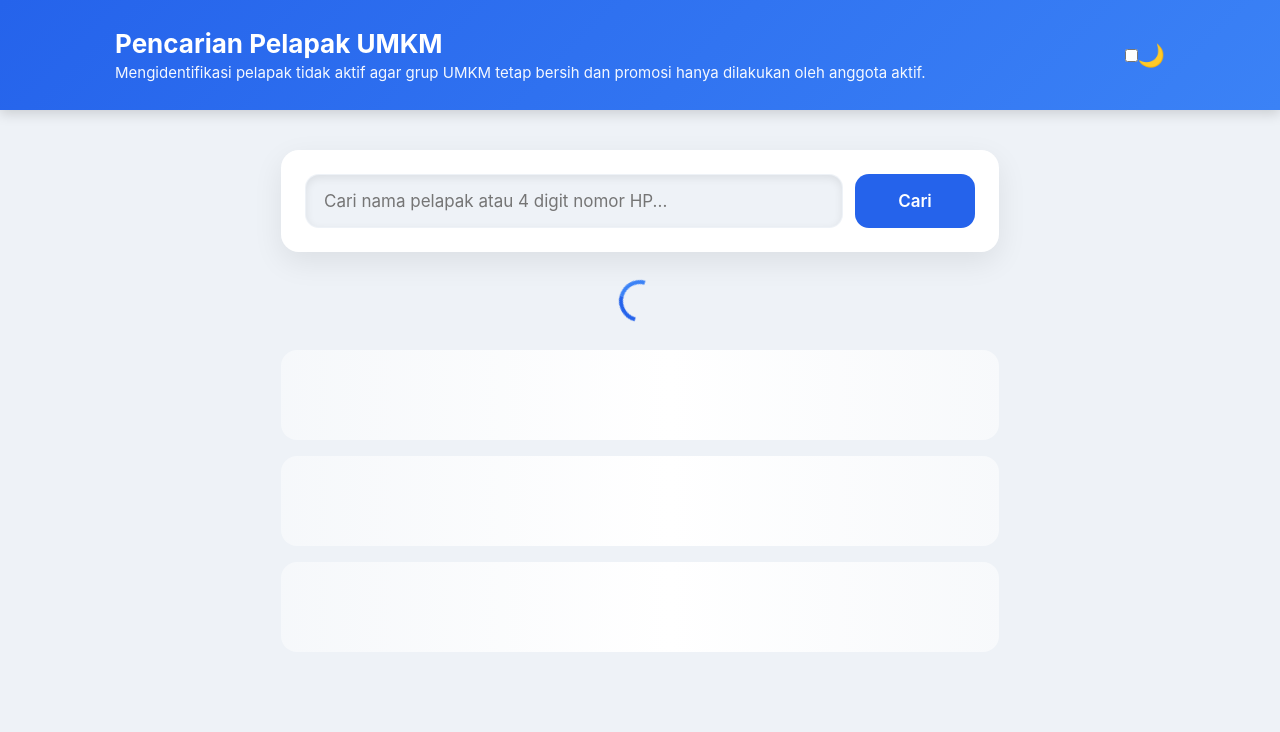
Repository: pasarrakyatbak/ceklapak
Page: index.html
These files come from the project's save history. The page is drawn as it stood at one moment and after the next save; the edit follows.
The browser window is 1280 px wide. The pictures show the whole page.

Above is the page before, as saved 2025-11-19 06:07:08.

After the next save:
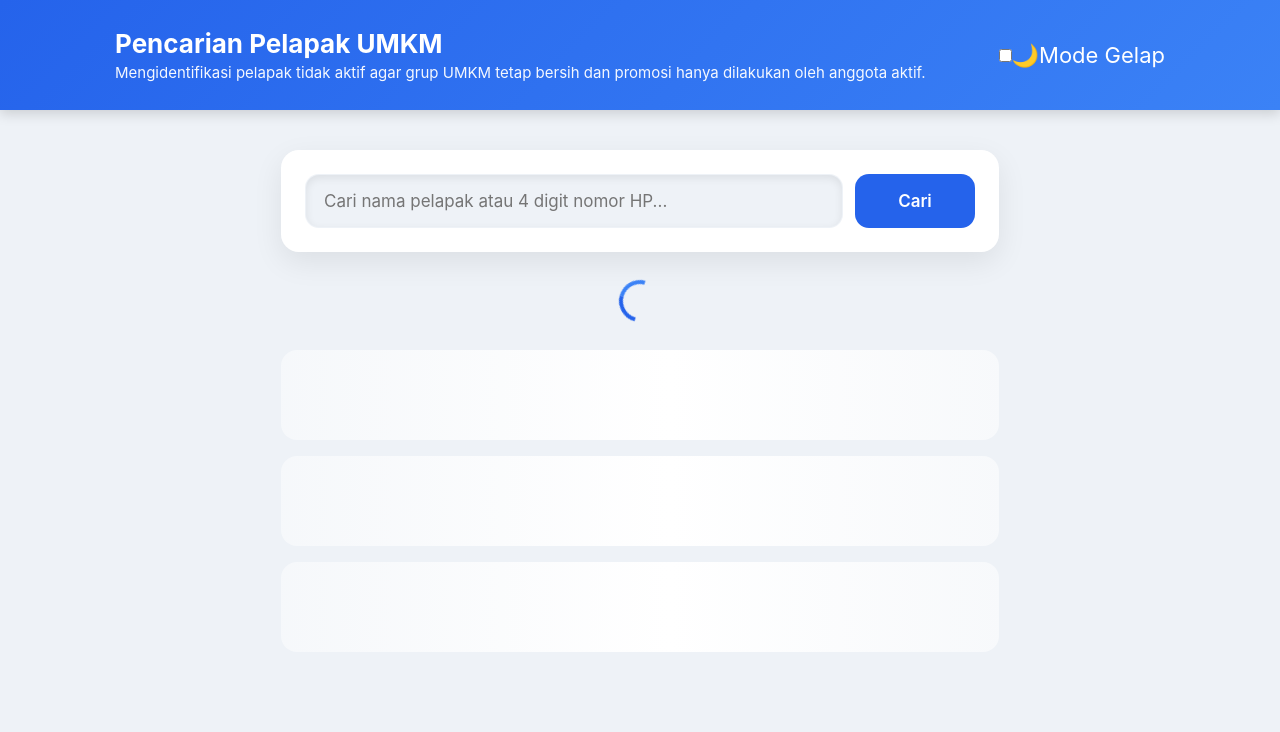
Saved 16 s later.
--- a/index.html
+++ b/index.html
@@ -23,6 +23,7 @@
                 <label class="theme-toggle" aria-label="Toggle dark mode">
                     <input id="themeToggle" type="checkbox" />
                     <span class="toggle-icon">🌙</span>
+                    <span class="toggle-text">Mode Gelap</span>
                 </label>
             </div>
         </div>
